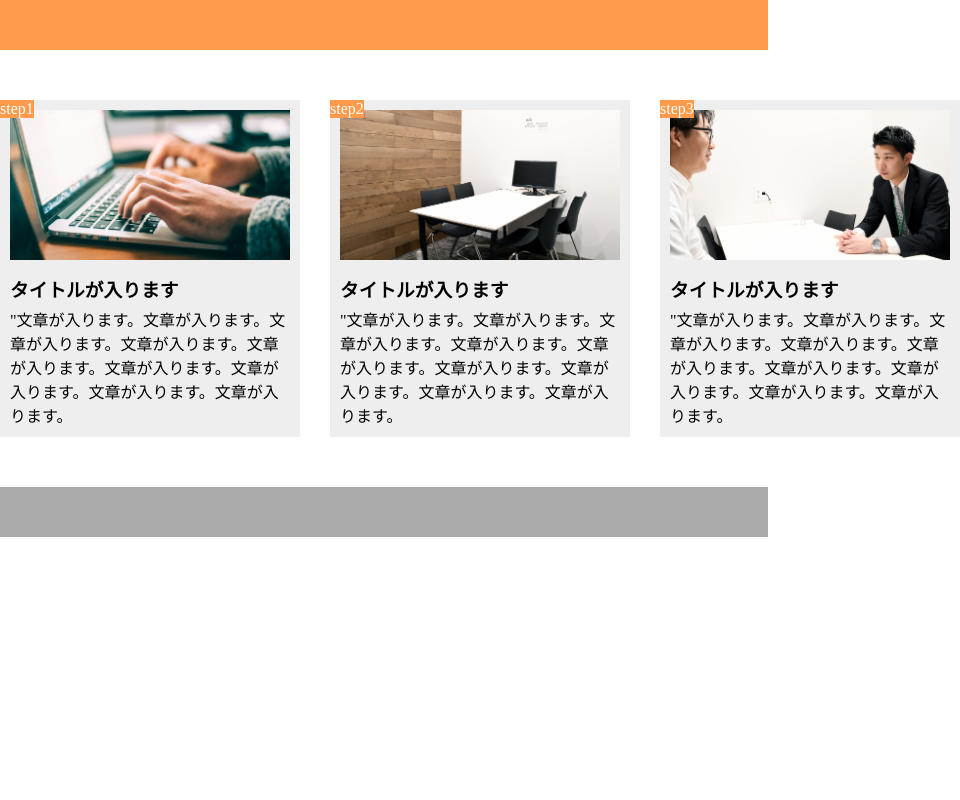
Repository: Yuya0829/HTML
Page: exercise/exercise9.html
The author's editor kept a record of every edit. The page is drawn from the files as they stood at one moment, then again after the next edit.
The browser window is 768 px wide. The page is 960 px wide, then 768 px, so the pictures cover 960 px, including what lies to the right of the window. The pictures show the whole page.

Above is the page before.

### exercise/exercise9.html
<!DOCTYPE html>
<html lang="ja">
  <head>
    <meta charset="UTF-8" />
     <meta name="viewport" content="width=device-width,initial-scale=1.0">
    <title>EXERCISE9</title>
    <link rel="stylesheet" href="exercise9.css" />
  </head>

  <body>
    <header></header>
    <main>
      <div class="step-box">
        <div class="step-img1"></div>
        <span class="step-num">step1</span>
        <h3 class="title">タイトルが入ります</h3>
        <p class="text">
          "文章が入ります。文章が入ります。文章が入ります。文章が入ります。文章が入ります。文章が入ります。文章が入ります。文章が入ります。文章が入ります。
        </p>
      </div>
      <div class="step-box">
        <div class="step-img2"></div>
        <span class="step-num">step2</span>
        <h3 class="title">タイトルが入ります</h3>
        <p class="text">
          "文章が入ります。文章が入ります。文章が入ります。文章が入ります。文章が入ります。文章が入ります。文章が入ります。文章が入ります。文章が入ります。
        </p>
      </div>
      <div class="step-box">
        <div class="step-img3"></div>
        <span class="step-num">step3</span>
        <h3 class="title">タイトルが入ります</h3>
        <p class="text">
          "文章が入ります。文章が入ります。文章が入ります。文章が入ります。文章が入ります。文章が入ります。文章が入ります。文章が入ります。文章が入ります。
        </p>
      </div>
    </main>
    <footer></footer>
  </body>
</html>

### exercise/exercise9.css
* {
  margin: 0;
  padding: 0;
  box-sizing: border-box;
}

header {
  height: 50px;
  background-color: #ff9a4b;
}

main {
  width: 960px;
  margin: 50px auto;
  display: flex;
}

.step-box {
  width: 300px;
  margin-right: 30px;
  padding: 10px;
  position: relative;
  background-color: #eee;
}

.step-box:last-child {
  margin-right: 0;
}

.step-img1 {
  height: 150px;
  background-image: url(img/flow01.png);
  background-position: bottom;
  background-size: cover;
}

.step-img2 {
  height: 150px;
  background-image: url(img/flow02.png);
  background-position: bottom;
  background-size: cover;
}

.step-img3 {
  height: 150px;
  background-image: url(img/flow03.png);
  background-position: bottom;
  background-size: cover;
}

.step-num {
  position: absolute;
  top: 0;
  left: 0;
  background-color: #ff9a4b;
  color: #fff;
}

.title {
  margin: 15px 0 5px;
}

footer {
  height: 50px;
  background-color: #aaa;
}

/* タブレットサイズ768px以下の際に適用される設定 */
@media screen and (max-width: 768px) {
  header {
    width: 100%;
  }


}
}

After the next edit:
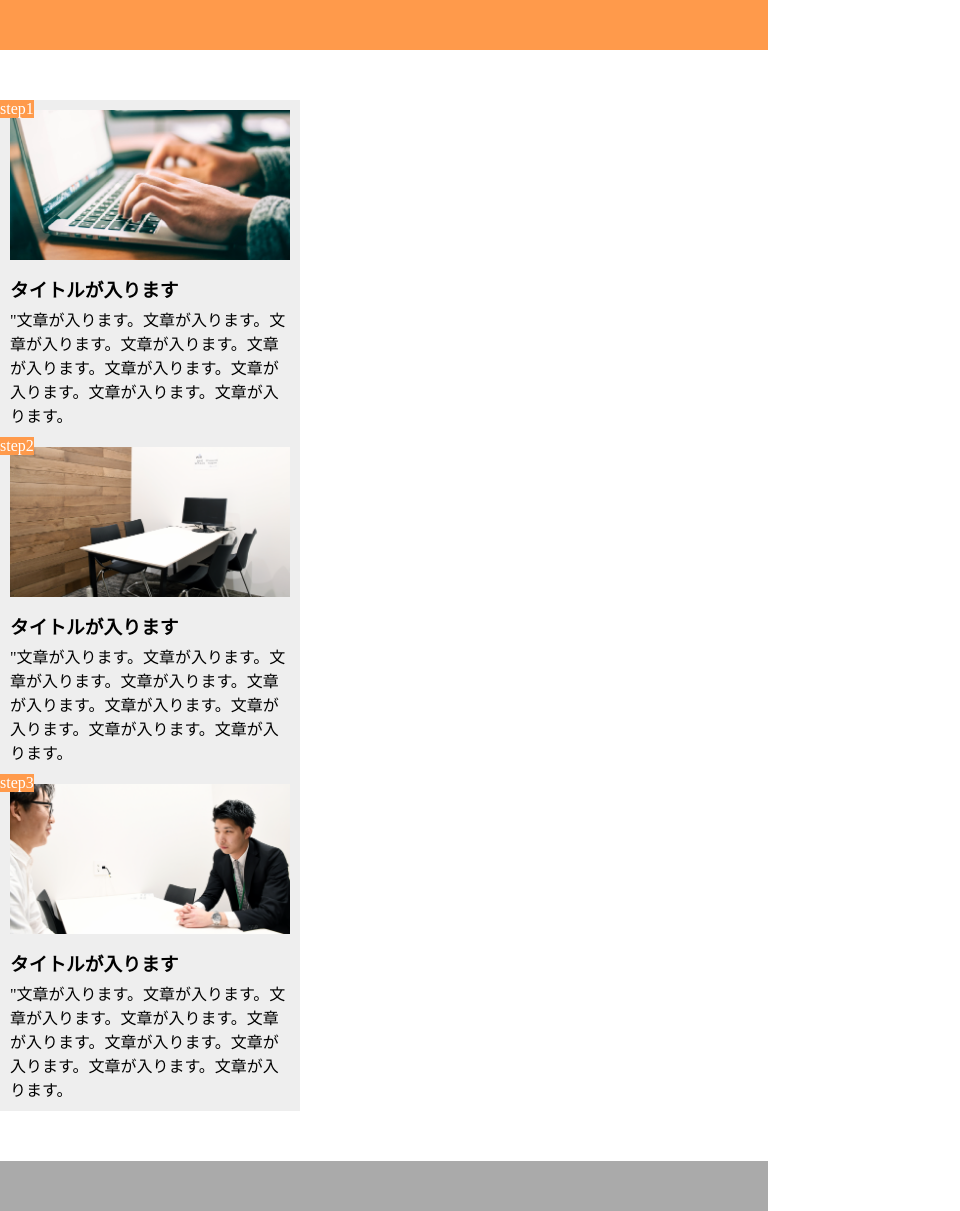
The edit:
--- a/exercise/exercise9.css
+++ b/exercise/exercise9.css
@@ -71,6 +71,12 @@
     width: 100%;
   }
 
+  main {
+   width: 100%;
+   display: block;
+  }
+
+
 
 }
 }
